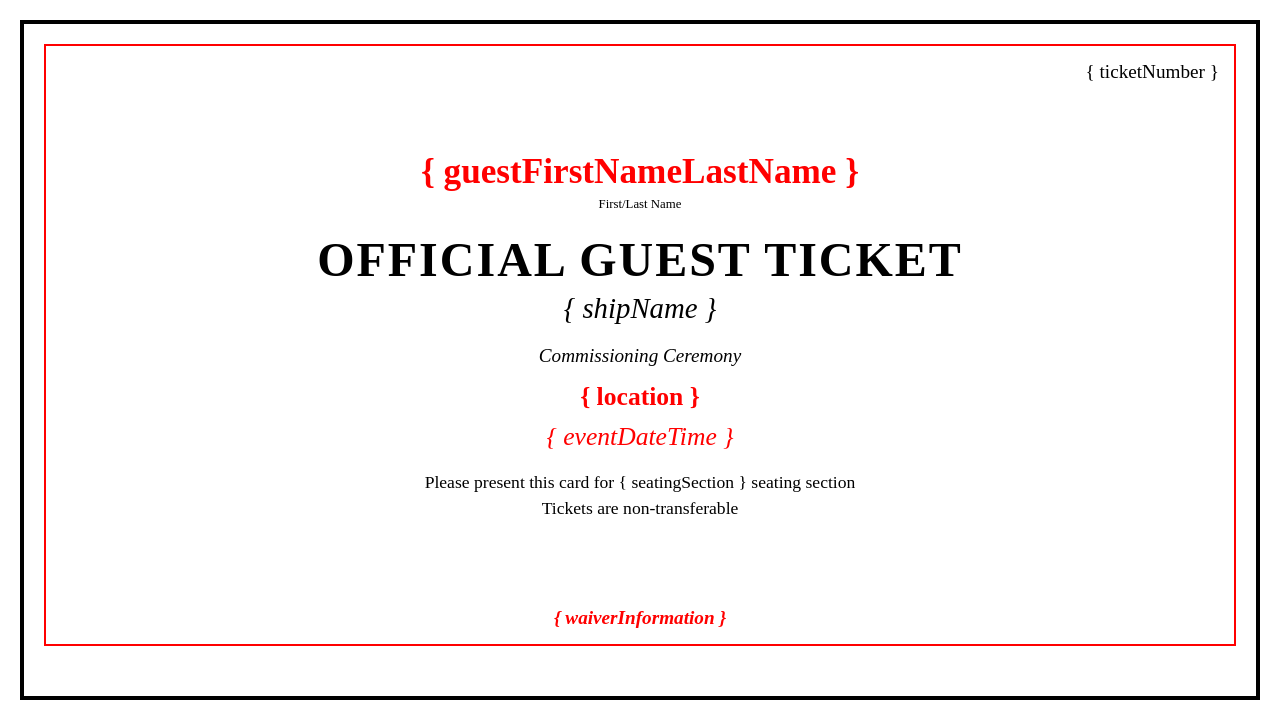
Repository: yaleevans/SabelWeasyPrintPDFLambda
Page: event-ticket.html
These files come from the project's save history. The page is drawn as it stood at one moment and after the next save; the edit follows.
The browser window is 1280 px wide. The pictures show the whole page.

Above is the page before, as saved 2025-10-17 08:00:56.

After the next save:
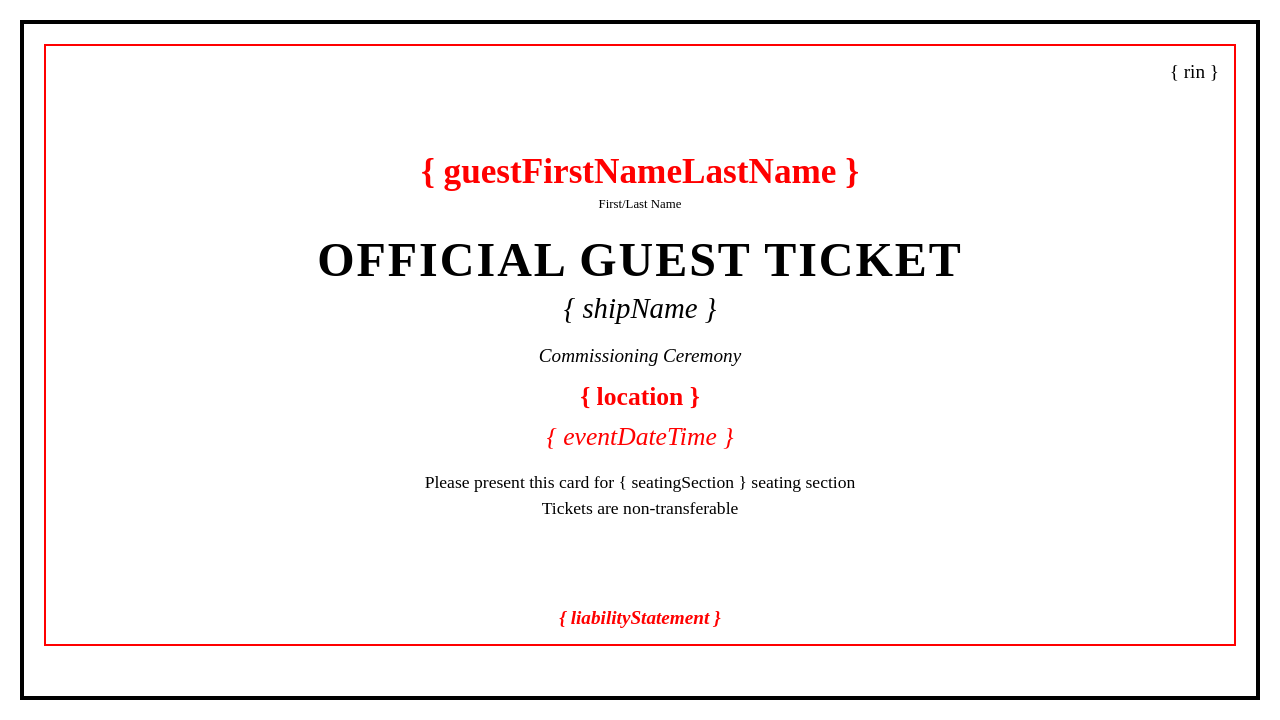
Saved 2 min 58 s later.
--- a/event-ticket.html
+++ b/event-ticket.html
@@ -107,7 +107,7 @@
     <div class="ticket-container">
         <div class="inner-border">
             <div class="header">
-                { ticketNumber }
+                { rin }
             </div>
             <div class="content">
                 <div class="guest-name">{ guestFirstNameLastName }</div>
@@ -125,7 +125,7 @@
                 <div class="transfer-info">Tickets are non-transferable</div>
             </div>
             <div class="waiver-text">
-                { waiverInformation }
+                { liabilityStatement }
             </div>
         </div>
     </div>
